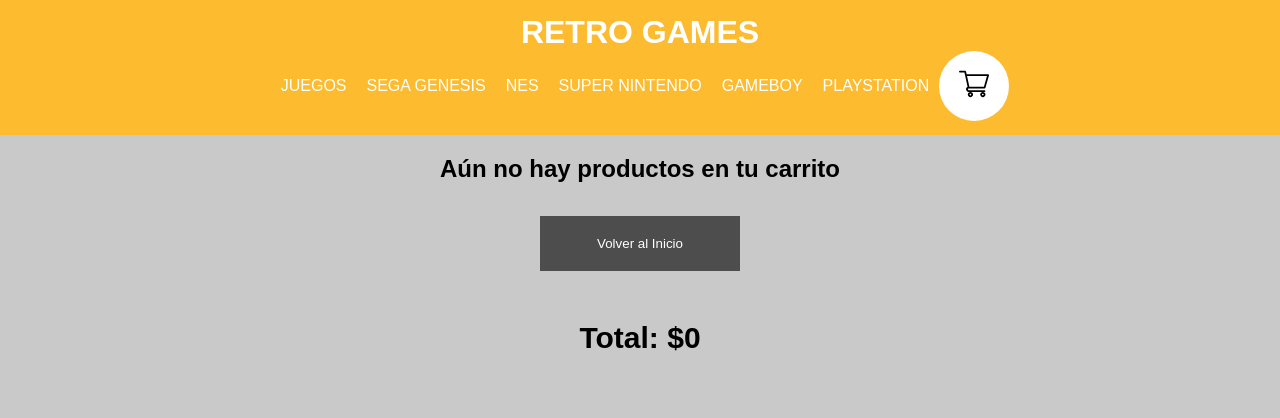
Repository: r-vudama/proyectoEC
Page: /cart
The author's editor kept a copy of each file at every save. The page is drawn from the files as they stood at one save, then again after a run of saves.
The browser window is 1280 px wide. The pictures show the whole page.
The page's requests for data from a server got no answer. Some web fonts or font styles are not loaded; a fallback is used. The project was rebuilt for these pictures with package versions that can differ from the ones it lists, and the page was loaded fresh each time. No one was signed in, and anything a server would have sent is missing. Also part of the build but not shown: src/components/Item.js, src/components/ItemList.js, src/components/ItemListContainer.js, src/components/ItemCount.js, src/components/ItemDetail.js, src/components/ItemDetailContainer.js, src/components/filter/Sega.js, src/components/filter/Gameboy.js and 3 more.

Above is the page before, as saved 2021-01-23 18:07:30.

After the next 2 saves:
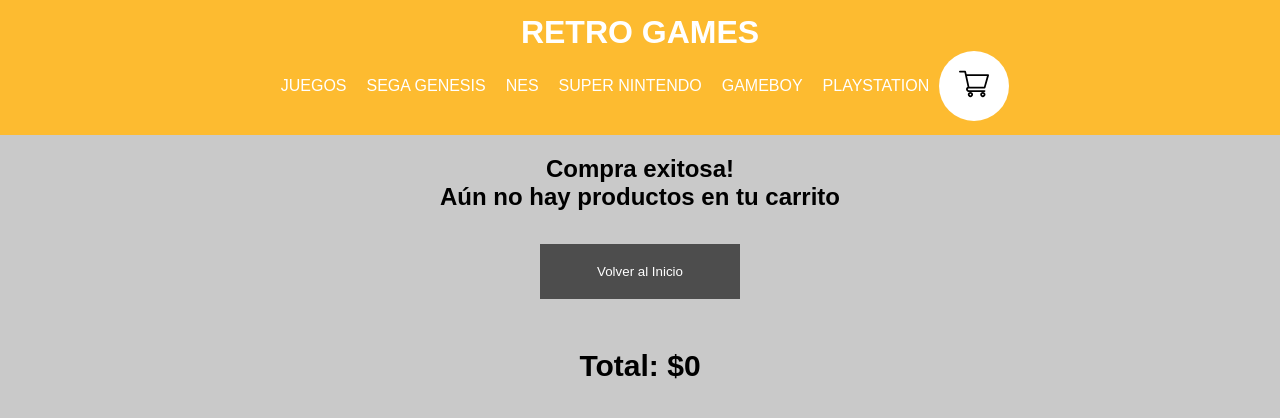
The 2 saves are shown as one change because they came seconds apart.
The last was saved 8 s later.
--- a/src/components/Cart.js
+++ b/src/components/Cart.js
@@ -15,7 +15,7 @@
 
             {carrito.length === 0 ?
                         <>
-                            <h2></h2>
+                            <h2>Compra exitosa!</h2>
                             <h2>Aún no hay productos en tu carrito</h2>
                             <br/>
                             <Link to={{pathname: `/`}}>
